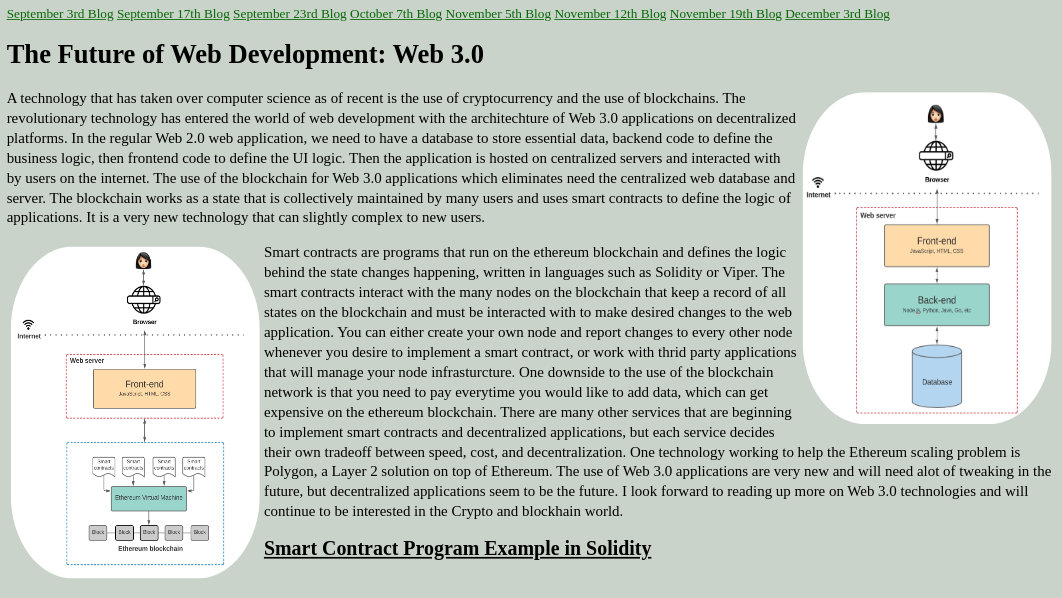
Repository: alharama/WebBlog
Page: Dec_3rd.html
These files come from the project's save history. The page is drawn as it stood at one moment and after the next save; the edit follows.
The browser window is 1280 px wide. The pictures show the whole page, at 83% of full size.

Above is the page before, as saved 2021-12-02 22:57:52.

After the next save:
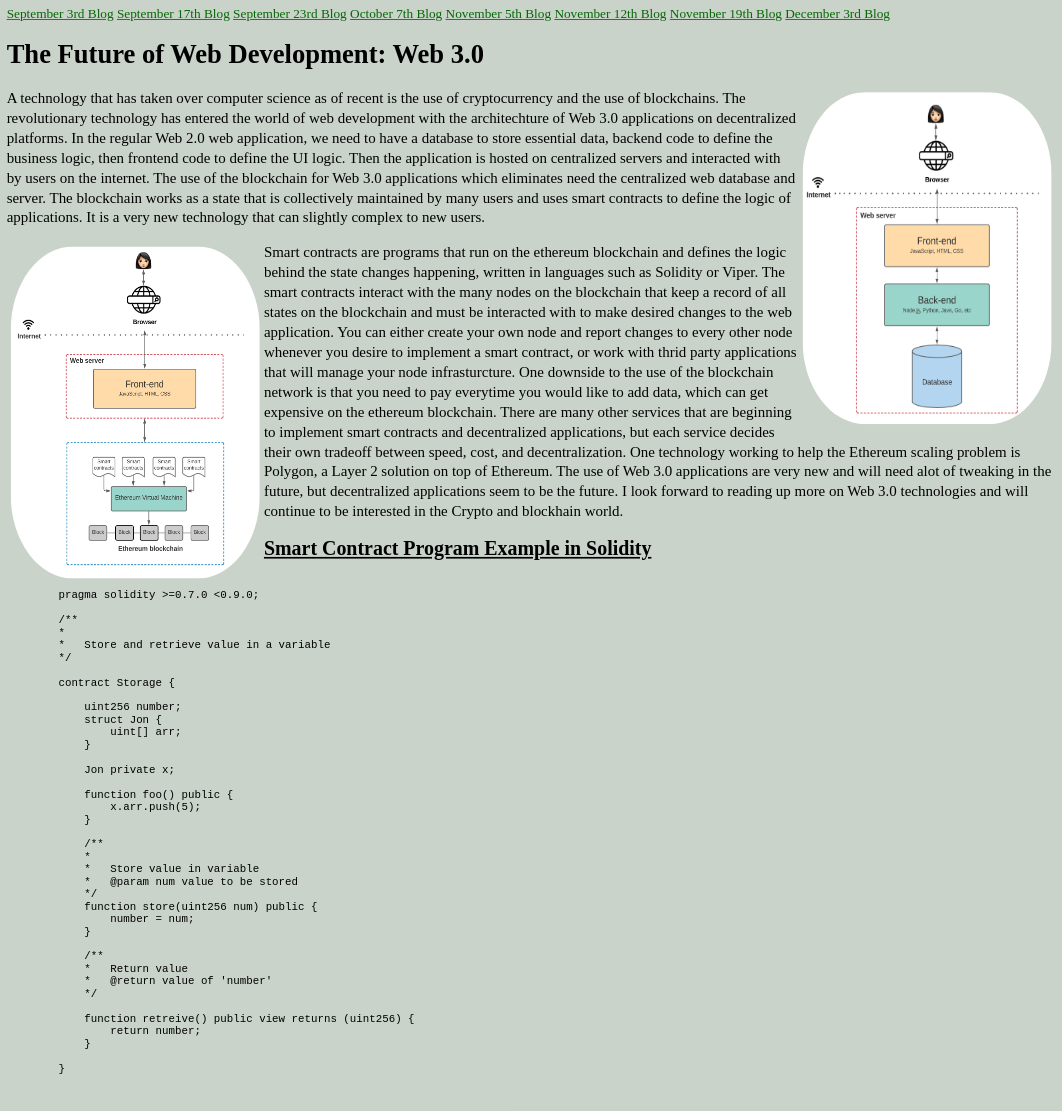
Saved 4 min 33 s later.
--- a/Dec_3rd.html
+++ b/Dec_3rd.html
@@ -98,5 +98,49 @@
     </p>
 
     <h2>Smart Contract Program Example in Solidity</h2>
+
+    <pre>
+
+        pragma solidity >=0.7.0 <0.9.0;
+
+        /**
+        *
+        *   Store and retrieve value in a variable
+        */
+
+        contract Storage {
+
+            uint256 number;
+            struct Jon {
+                uint[] arr;
+            }
+
+            Jon private x;
+
+            function foo() public {
+                x.arr.push(5);
+            }
+
+            /**
+            *
+            *   Store value in variable
+            *   @param num value to be stored
+            */
+            function store(uint256 num) public {
+                number = num;
+            }
+
+            /**
+            *   Return value
+            *   @return value of 'number'
+            */
+
+            function retreive() public view returns (uint256) {
+                return number;
+            }
+
+        }
+
+    </pre>
   </body>
 </html>
